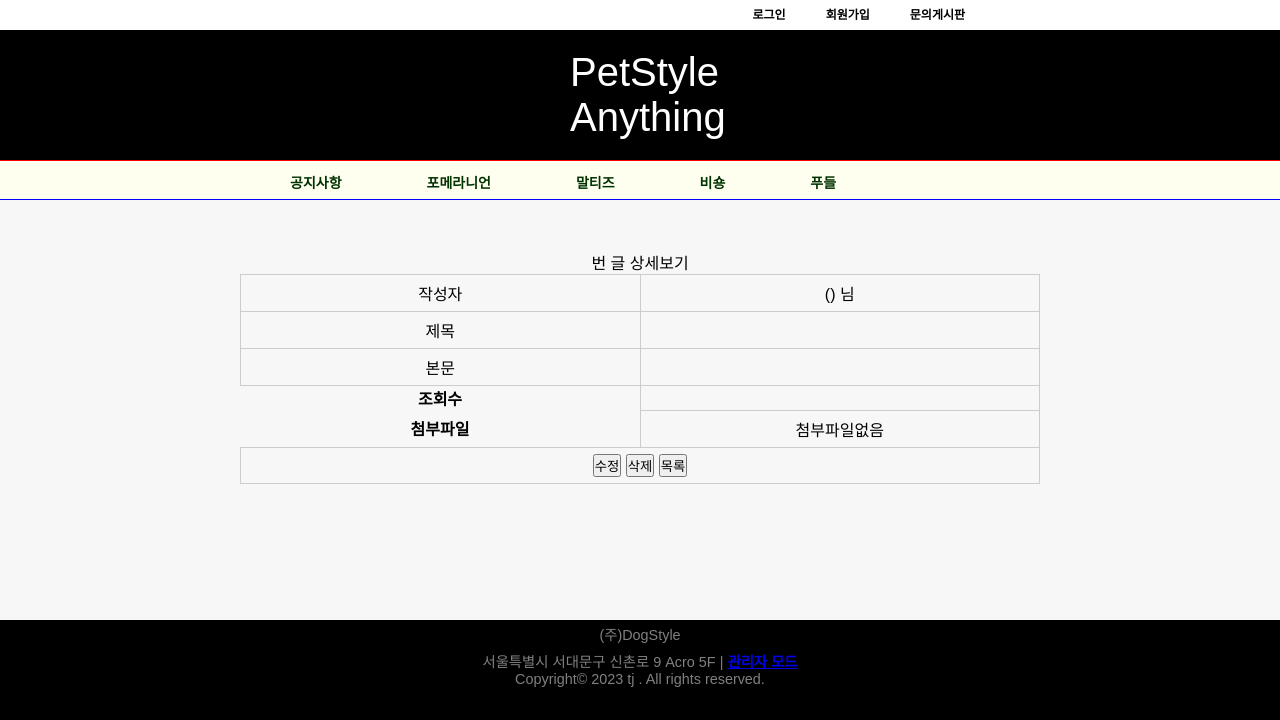
Repository: kdkk2000/Project
Page: http://localhost/petstyle/board/boardContent.jsp
An editor plug-in stored every save of this project. The page is shown before and after the next save, followed by the edit.
The browser window is 1280 px wide. The pictures show the whole page.
The page is served by Tomcat 9. Other server files are loaded and not shown. The template is opened directly, without the code that normally fills it, so the values that code supplies are empty.

Above is the page before, as saved 2023-03-29 02:54:30.

### petstyle/WebContent/board/boardContent.jsp
<%@ page language="java" contentType="text/html; charset=UTF-8"
    pageEncoding="UTF-8"%>
<%@ taglib prefix="c" uri="http://java.sun.com/jsp/jstl/core" %>
<%@ taglib prefix="fmt" uri="http://java.sun.com/jsp/jstl/fmt"%>
<c:set var="conPath" value="${pageContext.request.contextPath }"/>
<!DOCTYPE html>
<html>
<head>
	<meta charset="UTF-8">
	<title>Insert title here</title>
	<link href="${conPath}/css/boardStyle.css" rel="stylesheet">
	<style>
		#content_form {
			height:450px;
			margin: 50px auto 0px;
			width: 800px;
		}
	</style>
	<script src="https://code.jquery.com/jquery-3.6.4.js"></script>
	<script>
		$(document).ready(function(){

		});
	</script>
</head>
<body>
	<jsp:include page="../main/header.jsp"/>
	<div id="content_form">
		<table>
			<caption>${board.boardId }번 글 상세보기</caption>
			<tr><td>작성자</td><td>${board.userName} (${board.userId}) 님</td>	</tr>
			<tr><td>제목</td>	 <td>${board.boardTitle }</td></tr>
			<tr><td>본문</td>	 <td><pre>${board.boardContent}</pre></td></tr>
			<tr><th>조회수</th><td>${board.boardHit }</td></tr>
			<tr>
				<th>첨부파일</th>
				<td>
					<c:if test="${not empty board.boardFileName }">
						<a href="${conPath }/fileBoardUp/${board.boardFileName}" target="_blank">${board.boardFileName}</a>
					</c:if>
					<c:if test="${empty board.boardFileName }">
						첨부파일없음
					</c:if>
				</td>
			</tr>
			<tr>
				<td colspan="2">
					<c:if test="${user.userId eq board.userId }">
				 		<button onclick="location='${conPath}/boardModifyView.do?boardId=${board.boardId }&pageNum=${param.pageNum }'">수정</button>
				 	</c:if>
				 	<c:if test="${user.userId eq board.userId or not empty admin}">
						<button onclick="location='${conPath}/boardDelete.do?boardId=${board.boardId }&pageNum=${param.pageNum }'">삭제</button>
			 		</c:if>
				 	<c:if test="${not empty user }">
				 		<button onclick="location='${conPath}/boardReplyView.do?boardId=${board.boardId }&pageNum=${param.pageNum }'">답변</button>
				 	</c:if>
				 	<button onclick="location='${conPath}/boardList.do?pageNum=${param.pageNum }'">목록</button>
		</table>
	</div>
	<jsp:include page="../main/footer.jsp"/>
</body>
</html>

### petstyle/WebContent/main/header.jsp
<%@ page language="java" contentType="text/html; charset=UTF-8"
    pageEncoding="UTF-8"%>
<%@taglib prefix="c" uri="http://java.sun.com/jsp/jstl/core"%>
<%@taglib prefix="fmt" uri="http://java.sun.com/jsp/jstl/fmt" %>
<c:set var="conPath" value="${pageContext.request.contextPath }"/>
<!DOCTYPE html>
<html>
<head>
	<meta charset="UTF-8">
	<title>Insert title here</title>
<style>
	*{padding:0; margin: 0;}
	header {
		background-color: black; font-size: 10pt; color: white;
	}
	header a {text-decoration: none; font-weight: bold;}
	header li {list-style: none;}
	header .gnb {
	    width: 100%;
	    background-color: white;
	    margin-left: auto;
	}
	header .gnb ul {
		overflow: hidden;
		width:700px;
		height: 30px;
		line-height: 30px;
		margin: 0 auto;
	}
	header .gnb ul li {	float: right; margin-right:10px;}
	header .gnb a {
		color : black;
		font-size: 0.9em;
		display: block;
		padding-left:15px;
		padding-right:15px;
	}
	header .gnb a:hover {
		font-size: 1.2em;
  		background-color: black;
  		color: white;
	}

	header .logo{
		width:140px; text-align:center;
		margin: 20px auto; font-size:3em;
		cursor: pointer;
	}
	header .lnb {
		background-color: ivory;
	  	width: 100%; height: 40px;
	  	border-top: 1px solid red;
		border-bottom: 1px solid blue;
		position:relative; /*서브메뉴가 main영역 위로 */
	}
	header .lnb ul{
		text-align:center;
		overflow: hidden;
		width:800px;
		margin: 0 auto;
	}
	header .lnb ul>li {
		font-weight: bold;
		font-size: 14px;
		margin: 5px;
		margin-left: 20px;
		float:left;
		padding:5px 30px;
		line-height: 25px;
	}
	header .lnb li:hover {
  		background-color: black;
  		color: white;
	}
	header .lnb a {
		color : white;
		font-size: 0.9em;
		display: block;
		padding-left:15px;
		padding-right:15px;
	}
	header .lnb a:hover {
  		background-color: yellow;
  		color: black;
	}
	header .lnb li {color: #003300;}
	header .lnb ul li .subMenu {display:none;}
	header .lnb ul li:hover .subMenu {display: block; margin: 10px 0 0 0;}
</style>
</head>
<body>
<header>
	<c:if test="${empty user and empty admin}"> <%-- 로그인 전 화면 --%>
		<div class="gnb">
			<ul>
				<li><a href="${conPath }/boardList.do">문의게시판</a></li>
				<li><a href="${conPath }/joinView.do">회원가입</a></li>
				<li><a href="${conPath }/loginView.do">로그인</a></li>
			</ul>
		</div>
		<div class="logo" onclick="location.href='${conPath}/main.do'">
			PetStyle Anything
		</div>
		<div class="lnb">
			<ul>
				<li>공지사항
					<ol class="subMenu">
						<li><a href="${conPath }/noticeList.do">공지사항</a></li>
					</ol>
				</li>
				<li>포메라니언
					<ol class="subMenu">
						<li><a href="../fileBoardUp/dog.jpg">곰돌이컷</a></li>
						<li><a href="#">물개컷</a></li>
						<li><a href="#">포메컷</a></li>
						<li><a href="#">라이언컷</a></li>
						<li><a href="#">풀코트</a></li>
					</ol>
				</li>
				<li>말티즈
					<ol class="subMenu">
						<li><a href="#">알밤컷</a></li>
						<li><a href="#">곰돌이컷</a></li>
						<li><a href="#">베이비컷 </a></li>
						<li><a href="#">무스타슈 </a></li>
					</ol>
				</li>
				<li>비숑
					<ol class="subMenu">
						<li><a href="#">하이바컷</a></li>
						<li><a href="#">귀툭튀컷</a></li>
					</ol>
				</li>
				<li>푸들
					<ol class="subMenu">
						<li><a href="#">양컷</a></li>
						<li><a href="#">몽키컷</a></li>
						<li><a href="#">브로콜리컷</a></li>
						<li><a href="#">테디베어컷</a></li>
						<li><a href="#">귀똑컷</a></li>
					</ol>
				</li>
			</ul>
		</div>
	</c:if>
	<c:if test="${not empty user and empty admin}"> <%-- 사용자 모드 로그인 화면--%>
		<div class="gnb">
			<ul>
				<li><a href="${conPath }/boardList.do">문의게시판</a></li>
				<li><a href="${conPath }/logout.do">로그아웃</a></li>
				<li><a href="${conPath }/modifyView.do">정보수정</a></li>
				<li><a>${user.userName }님 &nbsp; ▶</a></li>
			</ul>
		</div>
		<div class="logo" onclick="location.href='${conPath}/main.do'">
			PetStyle Anything
		</div>
		<div class="lnb">
			<ul>
				<li>공지사항
					<ol class="subMenu">
						<li><a href="${conPath }/noticeList.do">공지사항</a></li>
					</ol>
				</li>
				<li>포메라니언
					<ol class="subMenu">
						<li><a href="#">곰돌이컷</a></li>
						<li><a href="#">물개컷</a></li>
						<li><a href="#">포메컷</a></li>
						<li><a href="#">라이언컷</a></li>
						<li><a href="#">풀코트컷</a></li>
					</ol>
				</li>
				<li>말티즈
					<ol class="subMenu">
						<li><a href="#">알밤컷</a></li>
						<li><a href="#">곰돌이컷</a></li>
						<li><a href="#">베이비컷 </a></li>
						<li><a href="#">무스타슈컷 </a></li>
					</ol>
				</li>
				<li>비숑
					<ol class="subMenu">
						<li><a href="#">하이바컷</a></li>
						<li><a href="#">귀툭튀컷</a></li>
					</ol>
				</li>
				<li>푸들
					<ol class="subMenu">
						<li><a href="#">양컷</a></li>
						<li><a href="#">몽키컷</a></li>
						<li><a href="#">브로콜리컷</a></li>
						<li><a href="#">테디베어컷</a></li>
						<li><a href="#">귀똑컷</a></li>
					</ol>
				</li>
			</ul>
		</div>
	</c:if>
	<c:if test="${empty user and not empty admin}"> <%-- 관리자 모드 로그인 화면--%>
		<div class="gnb">
			<ul>
				<li><a href="${conPath }/boardList.do">문의게시판</a></li>
				<li><a href="${conPath }/logout.do">관리자모드나가기</a></li>
				<li><a href="${conPath }/adminModify.do">정보수정</a></li>
				<li><a>${admin.adminName }님 &nbsp; ▶</a></li>
			</ul>
		</div>
		<div class="logo" onclick="location.href='${conPath}/main.do'">
			PetStyle Anything
		</div>
		<div class="lnb">
			<ul>
				<li>공지사항
					<ol class="subMenu">
						<li><a href="${conPath }/noticeList.do">공지사항</a></li>
					</ol>
				</li>
				<li>회원 리스트
					<ol class="subMenu">
						<li><a href="${conPath }/allUser.do">회원 리스트</a></li>
					</ol>
				</li>
				<li>관리자 메모장
					<ol class="subMenu">
						<li><a href="#">관리자 메모장</a></li>
					</ol>
				</li>
			</ul>
		</div>
	</c:if>
</header>
</body>
</html>

### petstyle/WebContent/main/footer.jsp
<%@ page language="java" contentType="text/html; charset=UTF-8"
    pageEncoding="UTF-8"%>
<%@taglib prefix="c" uri="http://java.sun.com/jsp/jstl/core"%>
<%@taglib prefix="fmt" uri="http://java.sun.com/jsp/jstl/fmt" %>
<c:set var="conPath" value="${pageContext.request.contextPath }"/>
<!DOCTYPE html>
<html>
<head>
<meta charset="UTF-8">
<title>Insert title here</title>
	<style>
	footer {
		position: fixed;
		bottom: 0;
		height: 100px;
		background-color: black;
		width: 100%;
	}

	#footer_conts {
		color: gray;
		font-size: 0.9em;
		text-align: center;
		margin: 0 auto;
		width: 80%;
	}

	#footer_conts p:first-child {
		height: 30px;
		line-height: 30px;
	}
</style>
</head>
<body>
	<footer>
		<div id="footer_conts">
			<p>(주)DogStyle</p>
			<p>서울특별시 서대문구 신촌로 9 Acro 5F | <b><a href="${conPath }/adminLoginView.do">관리자 모드</a></b></p>
			<p>Copyright© 2023 tj . All rights reserved.</p>
		</div>
	</footer>
</body>
</html>

### petstyle/WebContent/css/boardStyle.css
@charset "UTF-8";
* {
	margin: 0;
  	padding: 0;
  	box-sizing: border-box;
}

body {
  	font-family: Arial, sans-serif;
  	background-color: #f7f7f7;
}

.container {
  	max-width: 500px;
  	margin: 0 auto;
  	padding: 20px;
}

h1 {
  	font-size: 32px;
  	font-weight: bold;
  	margin-bottom: 20px;
}

form {
  	background-color: #fff;
  	border: 1px solid #ccc;
  	padding: 20px;
}

form input[type="text"], form textarea {
  	width: 100%;
  	padding: 10px;
  	margin-bottom: 10px;
  	border: 1px solid #ccc;
  	border-radius: 5px;
}

form input[type="file"] {
  	margin-top: 10px;
}

form input[type="submit"], form input[type="reset"], form input[type="button"] {
  	display: inline-block;
  	padding: 10px 20px;
  	margin-right: 10px;
  	border: none;
  	border-radius: 5px;
  	background-color: #4CAF50;
  	color: #fff;
  	cursor: pointer;
}

form input[type="submit"]:hover, form input[type="reset"]:hover, form input[type="button"]:hover {
  	background-color: #3e8e41;
}

table {
  	width: 100%;
  	border-collapse: collapse;
}

table td {
  	padding: 6px;
  	border: 1px solid #ccc;
  	text-align: center;
  	cursor: pointer;
}
.paging {
  	display: flex;
  	justify-content: center;
  	align-items: center;
  	margin-top: 20px;
  	position: fixed;
  	bottom: 240px;
  	left: 0;
  	right: 0;
  	background-color: #fff;
  	z-index: 1;
}

.paging a, .paging b {
  	display: inline-block;
  	margin: 0 5px;
  	padding: 5px 10px;
  	background-color: #4CAF50;
  	color: #fff;
 	border-radius: 5px;
}

.paging a:hover {
  	background-color: #3e8e41;
}

.paging b {
  	background-color: #eee;
  	color: #444;
}
/* 회원리스트 */
td {
	padding: 10px;
	border: 1px solid black;
	width: 200px;
}

table {
	border-collapse: collapse;
  	margin: 0 auto;
}

.caption {
	font-size: 24px;
  	font-weight: bold;
  	text-align: center;
  	margin-bottom: 20px;
}

After the next save:
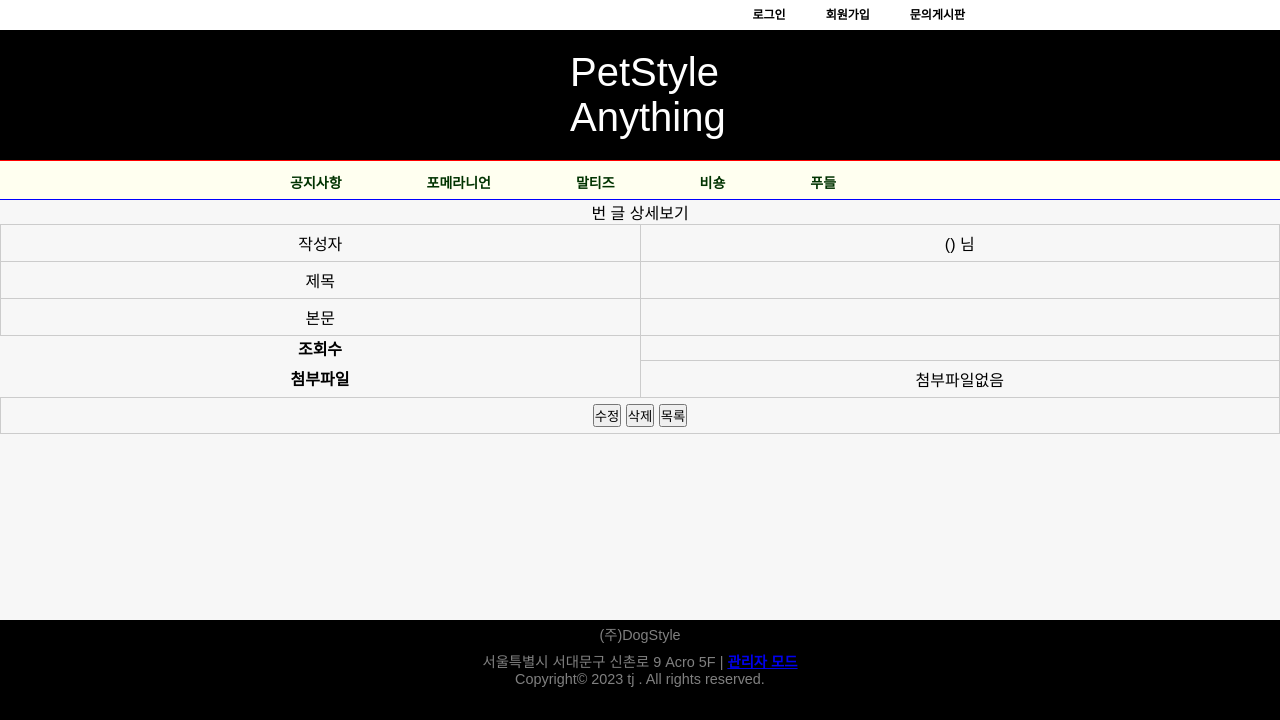
Saved 3 min 49 s later.
--- a/petstyle/WebContent/board/boardContent.jsp
+++ b/petstyle/WebContent/board/boardContent.jsp
@@ -9,13 +9,6 @@
 	<meta charset="UTF-8">
 	<title>Insert title here</title>
 	<link href="${conPath}/css/boardStyle.css" rel="stylesheet">
-	<style>
-		#content_form {
-			height:450px;
-			margin: 50px auto 0px;
-			width: 800px;
-		}
-	</style>
 	<script src="https://code.jquery.com/jquery-3.6.4.js"></script>
 	<script>
 		$(document).ready(function(){

After the save that followed:
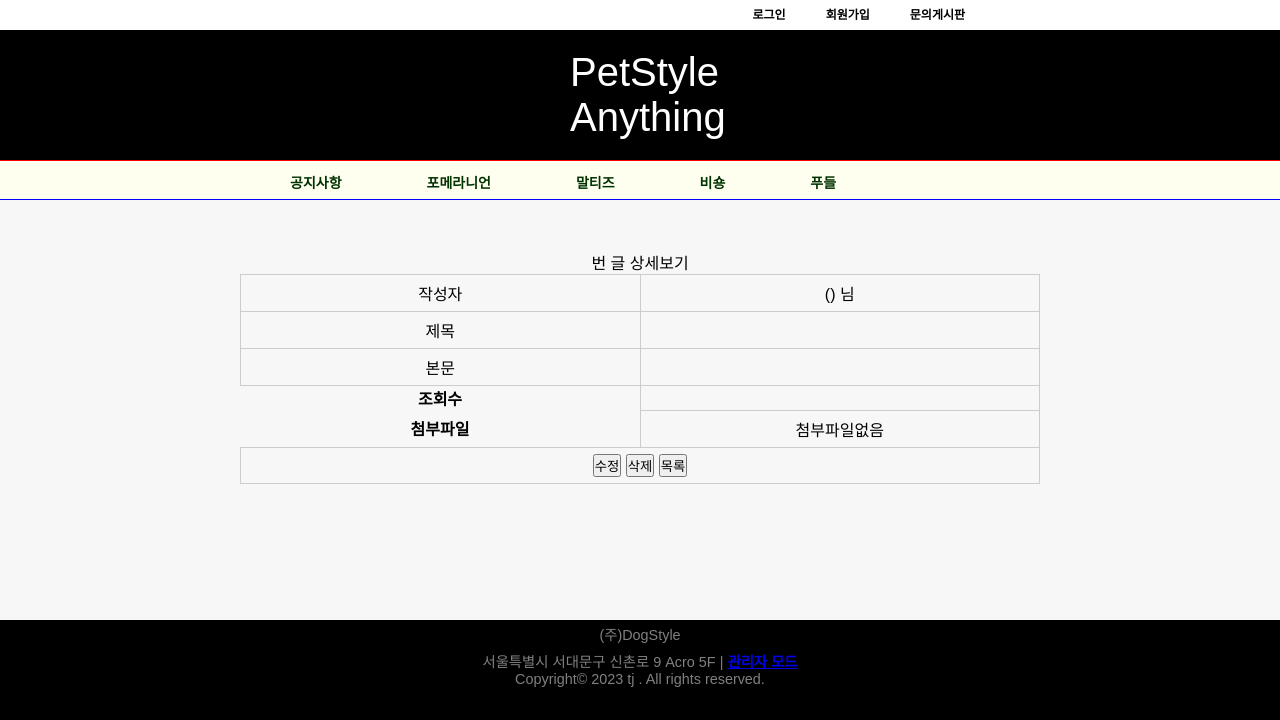
Saved 11 s later.
--- a/petstyle/WebContent/css/boardStyle.css
+++ b/petstyle/WebContent/css/boardStyle.css
@@ -8,6 +8,12 @@
 body {
   	font-family: Arial, sans-serif;
   	background-color: #f7f7f7;
+}
+
+#content_form {
+	height:450px;
+	margin: 50px auto 0px;
+	width: 800px;
 }
 
 .container {
